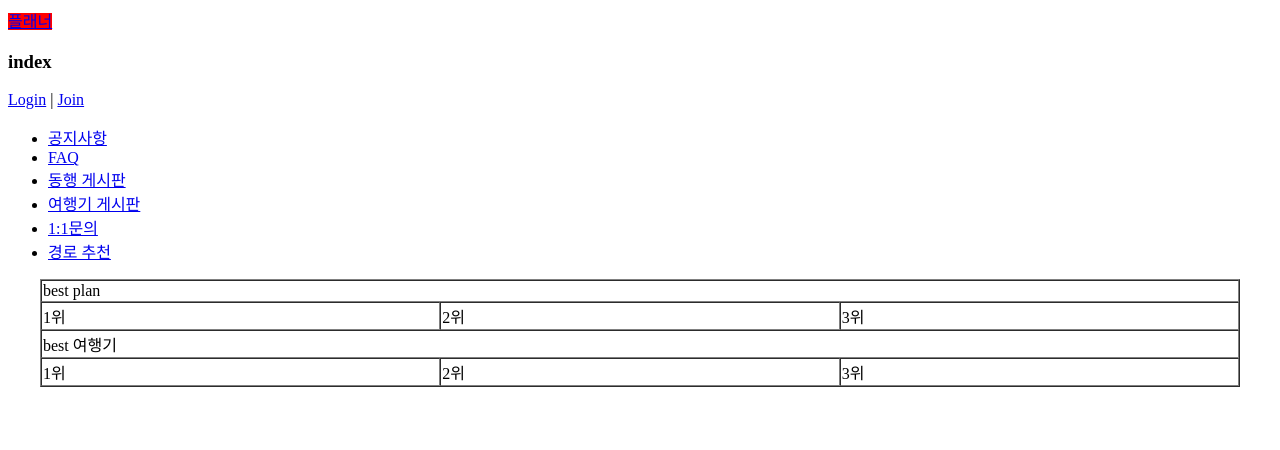
Repository: faqwer/khfinal
Page: http://localhost/finaltp/WEB-INF/views/indexMain.jsp
An editor plug-in stored every save of this project. The page is shown before and after the next save, followed by the edit.
The browser window is 1280 px wide. The pictures show the whole page.
The page is served by Tomcat 9. Nobody is signed in. Other server files are loaded and not shown. The template is opened directly, without the code that normally fills it, so the values that code supplies are empty.

Above is the page before, as saved 2017-12-26 07:28:29.

### finaltp/finaltp/src/main/webapp/WEB-INF/views/indexMain.jsp
<%@ page language="java" contentType="text/html; charset=UTF-8"
    pageEncoding="UTF-8"%>
<%@ taglib uri="http://java.sun.com/jsp/jstl/core" prefix="c" %>
<!DOCTYPE html>
<html>
<head>
<meta charset="UTF-8">
<title>Insert title here</title>

<link rel="stylesheet" type="text/css"
	href="/finaltp/css/layerPopup.css">
<script src="https://code.jquery.com/jquery-latest.js"></script>
<script src="/finaltp/js/layerPopup.js"></script>
<script type="text/javascript">
window.onload = function() {
	$(document).ready(function(){
		//검은 막 띄우기
		$('.openMask').click(function(e){
			e.preventDefault();
		    var maskdiv = document.createElement("div");
		    maskdiv.setAttribute("id", "mask");

		    var windowdiv = document.createElement("div");
		    windowdiv.setAttribute("class", "window");
		    windowdiv.setAttribute("id", "window");
		    windowdiv.setAttribute("style", "background-color:red;width:200px;height:200px;");

		    var close=document.createElement("input");
		    close.setAttribute("type", "button");
		    close.setAttribute("class", "close");
		    close.setAttribute("value", "닫기 버튼");

		    var subject=document.createElement("input");
		    subject.setAttribute("type", "text");
		    subject.setAttribute("name", "subject");
		    subject.setAttribute("placeholder", "예: @박 @일 @여행등등");

		    var startday=document.createElement("input");
		    startday.setAttribute("type", "text");
		    startday.setAttribute("name", "startday");
		    startday.setAttribute("placeholder", "출발날짜");

		    var thema=document.createElement("input");
		    thema.setAttribute("type", "text");
		    thema.setAttribute("name", "thema");
		    thema.setAttribute("placeholder", "테마");

		    var start=document.createElement("input");
		    start.setAttribute("type", "button");
		    start.setAttribute("onclick", "javascript:window.location.href='planwrite.do'");
		    start.setAttribute("value", "플래너 시작");

		    windowdiv.appendChild(close);
		    windowdiv.appendChild(subject);
		    windowdiv.appendChild(startday);
		    windowdiv.appendChild(thema);
		    windowdiv.appendChild(start);

		    var layerPopupscript=document.createElement("script");
		    layerPopupscript.setAttribute("src","/finaltp/js/layerPopup.js");
		    layerPopupscript.setAttribute("id","script");

		    var element = document.getElementsByTagName("body")[0];
		    element.appendChild(maskdiv);
		    element.appendChild(windowdiv);
		   	element.appendChild(layerPopupscript);
		    wrapWindowByMask();
		});
	})
}
</script>
</head>
<body>

	<a href="#" class="openMask" style="background-color: red;">플래너</a>
<h3>index</h3>
<c:set var="userid" value="${sessionScope.userid}" />
<c:if test="${empty userid }">
		<p><a href="login.do">Login</a> | <a href="join.do">Join</a></p>
</c:if>

<c:if test="${!empty userid }">
		<p><a href="mypage.do?id=${userid}">${name}</a>님 접속중입니다. | <a href="logout.do">로그아웃</a></p>
</c:if>
<ul>
	<li><a href="noticeList.do">공지사항</a></li>
	<li><a href="faqList.do">FAQ</a></li>
	<li><a href="accList.do">동행 게시판</a></li>
	<li><a href="reviewList.do">여행기 게시판</a></li>
	<li><a href="#">1:1문의</a></li>
	<li><a href="routeList.do">경로 추천</a></li>
</ul>
<table border="1" cellspacing="0" align="center" width="1200px" >
		<tr>
			<td colspan="3" id="bestplan">best plan</td>
		</tr>
		<tr>
			<td>1위</td>
			<td>2위</td>
			<td>3위</td>
		</tr>
		<tr>
			<td colspan="3" id="trip">best 여행기</td>
		</tr>
		<tr>
			<td>1위</td>
			<td>2위</td>
			<td>3위</td>
		</tr>
</table>
</body>
</html>

### finaltp/finaltp/src/main/webapp/css/layerPopup.css
@charset "EUC-KR";

	#mask {
	  position:absolute;
	  z-index:1;
	  background-color:#000;
	  display:none;
	  left:0;
	  top:0;
	}
	.window{
	  display: none;
	  position:absolute;
	  left:100px;
	  top:100px;
	  z-index:2;
	}

### finaltp/finaltp/src/main/webapp/js/layerPopup.js

	function wrapWindowByMask(){
		//화면의 높이와 너비를 구한다.
		var maskHeight = $(document).height();
		var maskWidth = $(window).width();

		//마스크의 높이와 너비를 화면 것으로 만들어 전체 화면을 채운다.
		$('#mask').css({'width':maskWidth,'height':maskHeight});

		//애니메이션 효과 - 일단 1초동안 까맣게 됐다가 80% 불투명도로 간다.
		$('#mask').fadeIn(1000);
		$('#mask').fadeTo("slow",0.8);

		//윈도우 같은 거 띄운다.
		$('.window').show();
	}

	$(document).ready(function(){
		//검은 막 띄우기
		//닫기 버튼을 눌렀을 때
		$('.window .close').click(function (e) {
		    //링크 기본동작은 작동하지 않도록 한다.
		    e.preventDefault();
		  /*  $('#mask, .window').hide();*/
			$('#calendardiv').hide();
		    var body=document.getElementsByTagName("body")[0];
		    var planstartdiv=document.getElementById("planstartdiv");
		    var script=document.getElementById("script");
		    var mask=document.getElementById("mask");
		    body.removeChild(mask);
		    body.removeChild(planstartdiv);
		    body.removeChild(script);
		});

		//검은 막을 눌렀을 때
		$('#mask').click(function () {
		    /*$(this).hide();
		    $('.window').hide(); */
			$('#calendardiv').hide();
		    var body=document.getElementsByTagName("body")[0];
		    var planstartdiv=document.getElementById("planstartdiv");
		    var script=document.getElementById("script");
		    var mask=document.getElementById("mask");
		    body.removeChild(mask);
		    body.removeChild(planstartdiv);
		    body.removeChild(script);
		});
	});

After the next save:
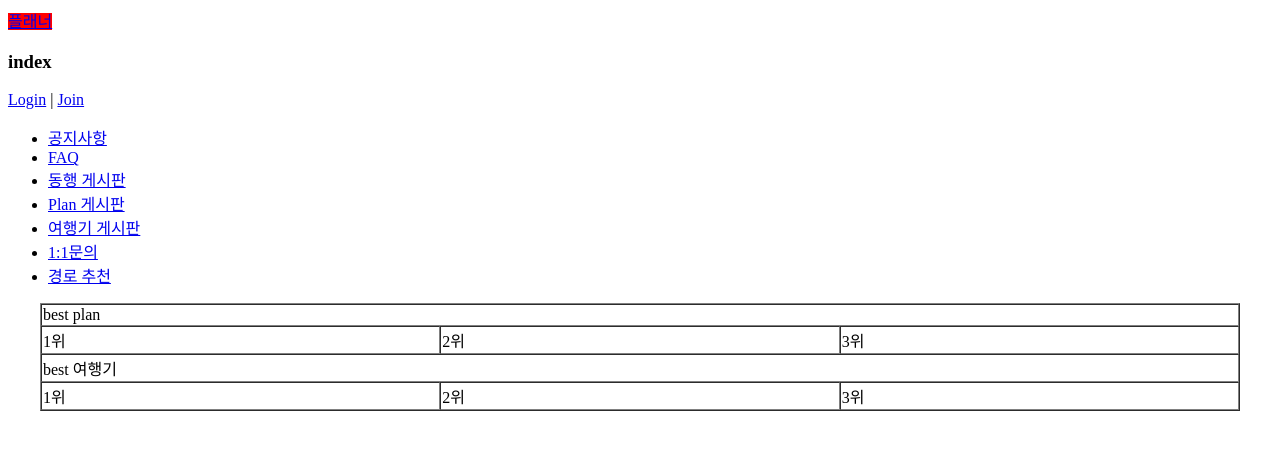
Saved 3 min 9 s later.
--- a/finaltp/finaltp/src/main/webapp/WEB-INF/views/indexMain.jsp
+++ b/finaltp/finaltp/src/main/webapp/WEB-INF/views/indexMain.jsp
@@ -86,6 +86,7 @@ window.onload = function() {
 	<li><a href="noticeList.do">공지사항</a></li>
 	<li><a href="faqList.do">FAQ</a></li>
 	<li><a href="accList.do">동행 게시판</a></li>
+	<li><a href="planList.do">Plan 게시판</a></li>
 	<li><a href="reviewList.do">여행기 게시판</a></li>
 	<li><a href="#">1:1문의</a></li>
 	<li><a href="routeList.do">경로 추천</a></li>
